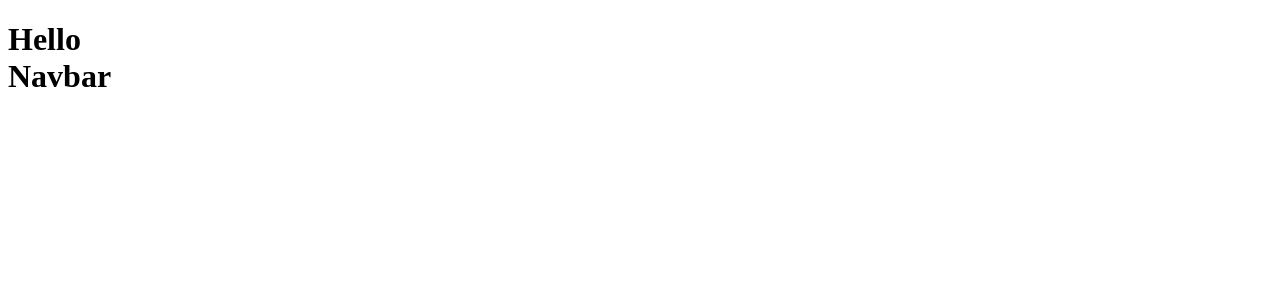
Repository: supakorn5039-boon/React-s
Page: /
An editor plug-in stored every save of this project. The page is shown before and after a run of saves, followed by the edit.
The browser window is 1280 px wide. The pictures show the whole page.
The project was rebuilt for these pictures with package versions that can differ from the ones it lists, and the page was loaded fresh each time. Also part of the build but not shown: vite.config.js.

Above is the page before, as saved 2024-01-08 23:40:27.

After the next 2 saves:
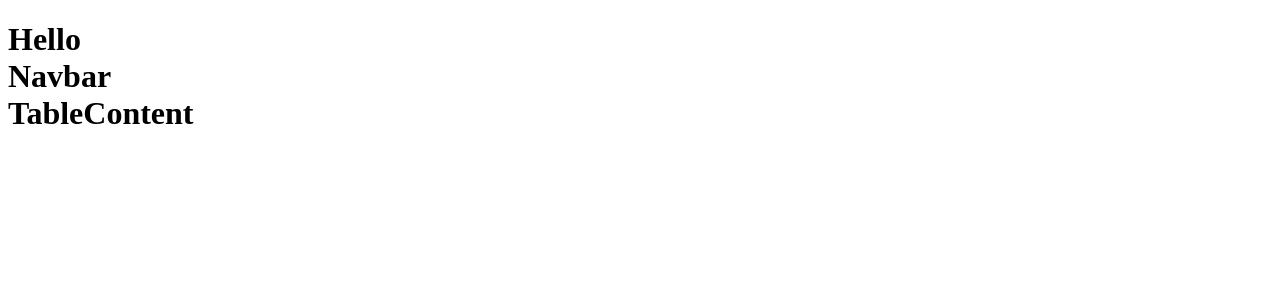
The 2 saves are shown as one change because they came seconds apart.
The last was saved 8 s later.
--- a/src/App.jsx
+++ b/src/App.jsx
@@ -1,10 +1,12 @@
 import Navbar from "./components/Navbar";
+import TableContent from "./components/TableContent";
 
 export default function App() {
   return (
     <h1>
       Hello
       <Navbar />
+      <TableContent />
     </h1>
   );
 }
